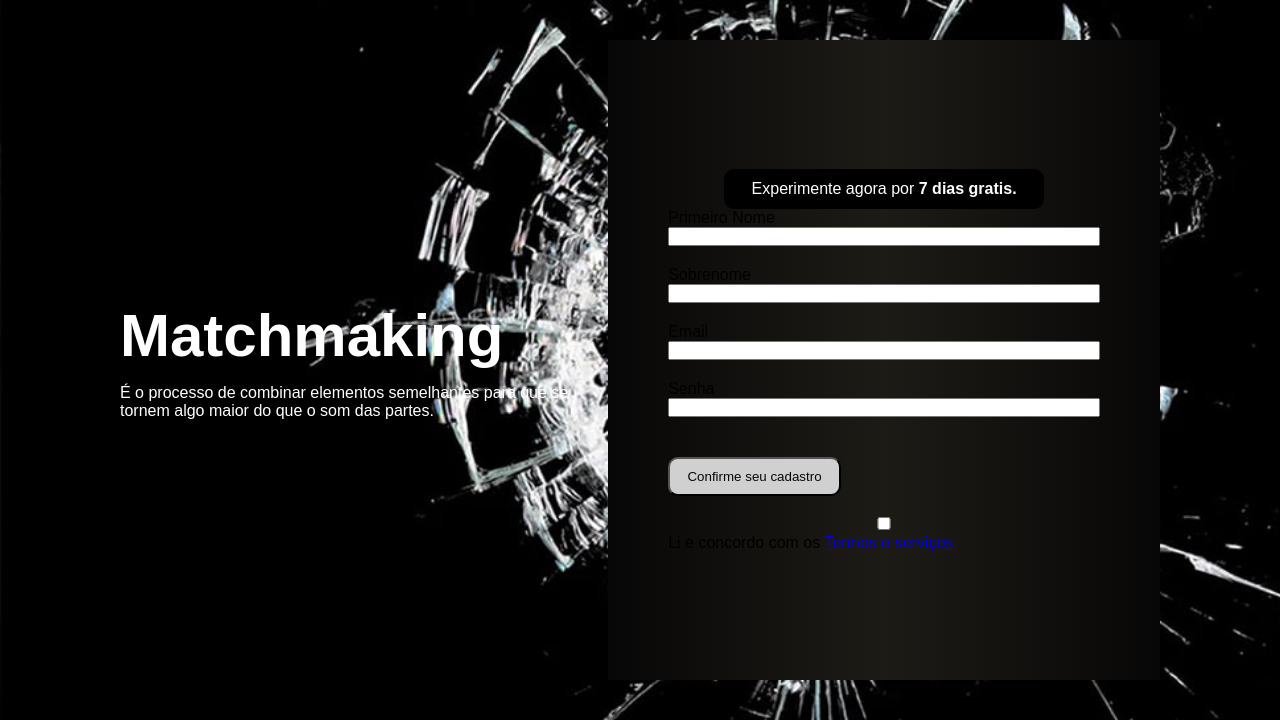
Repository: analessp/tela-login
Page: index.html
An editor plug-in stored every save of this project. The page is shown before and after a run of saves, followed by the edit.
The browser window is 1280 px wide. The pictures show the whole page.
Some web fonts or font styles are not loaded; a fallback is used.

Above is the page before, as saved 2025-04-16 11:03:48.

### index.html
<!DOCTYPE html>
<html lang="pt-br">
  <head>
    <meta charset="UTF-8" />
    <meta name="viewport" content="width=device-width, initial-scale=1.0" />
    <title>Tela de Login</title>
    <link rel="stylesheet" href="style.css" />
    <link rel="preconnect" href="https://fonts.googleapis.com" />
    <link rel="preconnect" href="https://fonts.gstatic.com" crossorigin />
    <link href="https://fonts.googleapis.com/css2?family=Nunito:ital,wght@0,200..1000;1,200..1000&family=Special+Gothic&display=swap" rel="stylesheet" />
  </head>
  <body>
    <main>
      <div class="container-left">
        <h1>Matchmaking</h1>
        <p>É o processo de combinar elementos semelhantes para que se tornem algo maior do que o som das partes.</p>
      </div>
      <div class="container-right">
        <a href="#" class="teste-gratis">
          <p>Experimente agora por <b>7 dias gratis.</b></p>
        </a>
        <div class="forms">
          <form>

            <div>
              <label for="name">
                <p>Primeiro Nome</p>
                <input id="name" type="text" />
              </label>
            </div>

            <div>
                <label for="lastname">
                    <p>Sobrenome</p>
                    <input id="lastname" type="text" />
                </label>
            </div>

            <div>
                <label for="email">
                    <p>Email</p>
                    <input id="email" type="email" />
                </label>
            </div>

            <div>
                <label for="password">
                    <p>Senha</p>
                    <input id="password" type="password" />
                </label>
            </div>

            <button type="submit">
                <p>Confirme seu cadastro</p>
            </button>
            <div>
                <input type="checkbox">
                <p>
                    Li e concordo com os <a href="#">Termos e serviços</a>
                </p>
            </div>
          </form>
        </div>
      </div>
    </main>
  </body>
</html>

### style.css
* {
    margin: 0;
    padding: 0;
    box-sizing: border-box;
    width: 100%;
    font-family: "Special Gothic", sans-serif;
}

main {
    display: flex;
    background-image: url("./assets/background.jpg");
    background-repeat: no-repeat center center;
    background-size: cover;
    display: flex;
    height: 100vh;
    z-index: 0;
    padding: 40px 120px;
}

&::after {
    content: "";
    background: #1e130c;
    position: absolute;
    top: 0;
    left: 0;
    opacity: 0.9;
    width: 100%;
    height: 100%;
    z-index: -1;
}

.container-left {
    color: white;
    display: flex;
    justify-content: center;
    flex-direction: column;
    gap: 14px;
}

.container-left h1 {
    font-size: 60px;

    &:hover::after{
        cursor: pointer;
        content: "";
        position: absolute;
        bottom: 350px;
        left: 120px;
        background-color: #d0d0d0;
        height: 4px;
        width: 420px;
        transition-duration: 800ms;
        animation-name: left-to-right;
        animation-duration: 620ms;
        animation-iteration-count: 1;
        }
}

.container-right {
    background: #080707;
    background: linear-gradient(90deg, rgba(8, 7, 7, 1) 0%, rgba(28, 27, 22, 1) 50%, rgba(8, 7, 7, 1) 100%);
    display: flex;
    flex-direction: column;
    justify-content: center;
    align-items: center;
    padding: 0 60px;
}

.teste-gratis {
    display: flex;
    justify-content: center;
    align-items: center;
    width: 320px;
    height: 40px;
    background-color: black;
    text-decoration: none;
    color: white;
    border-radius: 10px;
}

.teste-gratis p{
text-align: center;
}

.forms form{
    display: flex;
    flex-direction: column;
    gap: 20px;
}

.forms button {
    margin-top: 20px;
    border-radius: 10px;
    padding: 10px 15px;
    background-color: #d0d0d0;
    color: #080707;
    width: 40%;

}

@keyframes left-to-right {
0% {
    width: 0;
}
100% {
    width: 400px;
}
}

After the next 4 saves:
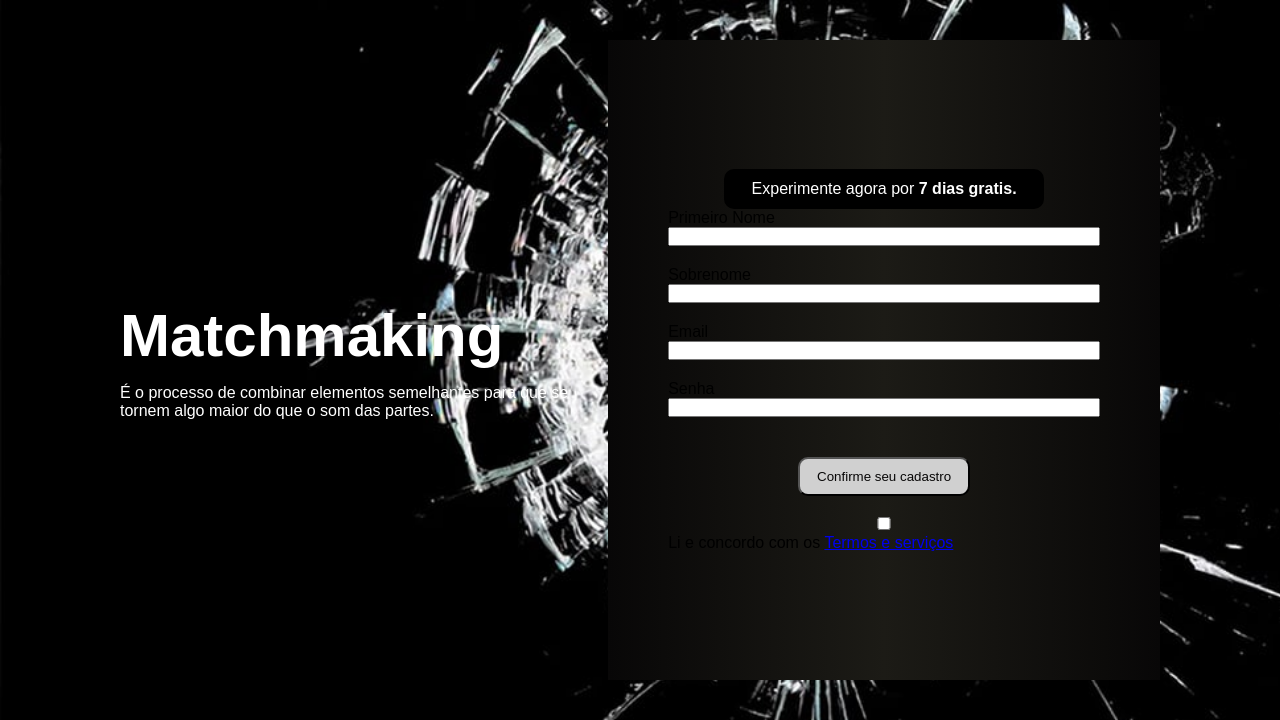
The 4 saves are shown as one change because they came seconds apart.
The last was saved 13 s later.
--- a/style.css
+++ b/style.css
@@ -95,6 +95,7 @@ text-align: center;
     background-color: #d0d0d0;
     color: #080707;
     width: 40%;
+    align-self: center;
 
 }
 
